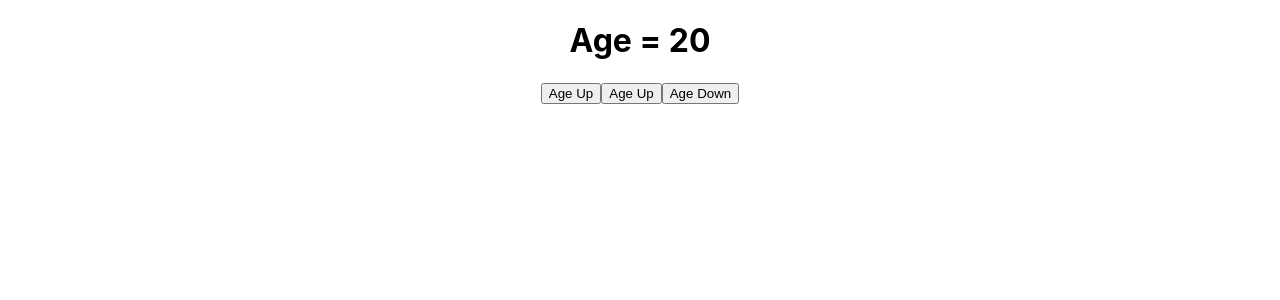
Repository: rihemebh/React-Basics
Page: / (app in saga-app/)
An editor plug-in stored every save of this project. The page is shown before and after the next save, followed by the edit.
The browser window is 1280 px wide. The pictures show the whole page.
The project was rebuilt for these pictures with package versions that can differ from the ones it lists, and the page was loaded fresh each time.

Above is the page before, as saved 2021-07-11 10:38:03.

After the next save:
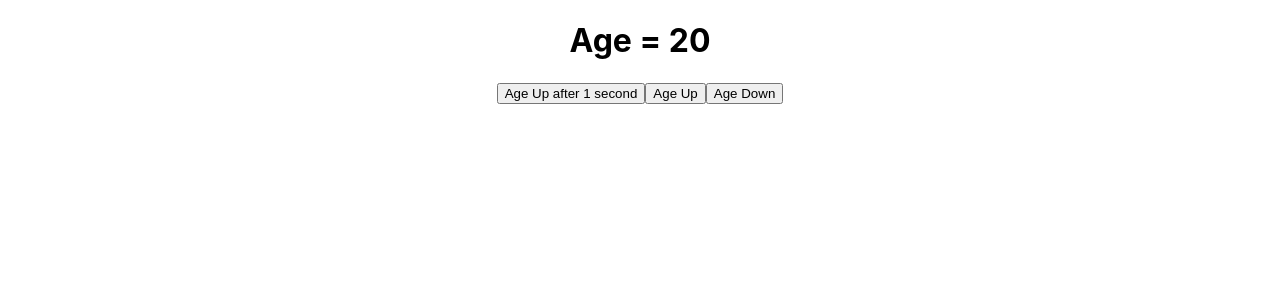
Saved 10 s later.
--- a/saga-app/src/App.js
+++ b/saga-app/src/App.js
@@ -12,7 +12,7 @@ function App() {
     <div className="App">
       <h1>Age = {age}</h1>
       <div>
-        <button onClick={() => dispatch(ageUp())}>Age Up</button>
+        <button onClick={() => dispatch(ageUp())}>Age Up after 1 second</button>
         <button onClick={() => dispatch(ageUp())}>Age Up</button>
         <button onClick={() => dispatch(ageDown())}>Age Down</button>
       </div>
